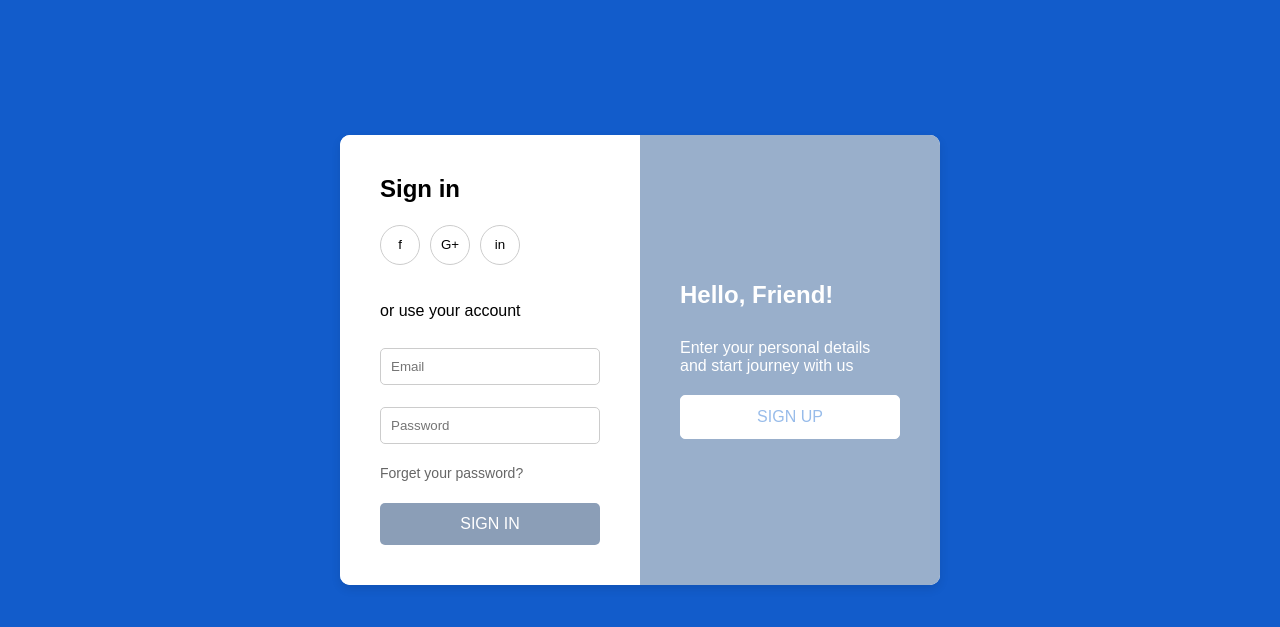
Repository: lavanya787/ml_system
Page: http://localhost/
The author's editor kept a copy of each file at every save. The page is drawn from the files as they stood at one save, then again after a run of saves.
The browser window is 1280 px wide. The pictures show the whole page.
The page is served by the project's application, run on Flask 3 (flask_app.py).

Above is the page before, as saved 2025-06-04 11:15:07.

After the next 5 saves:
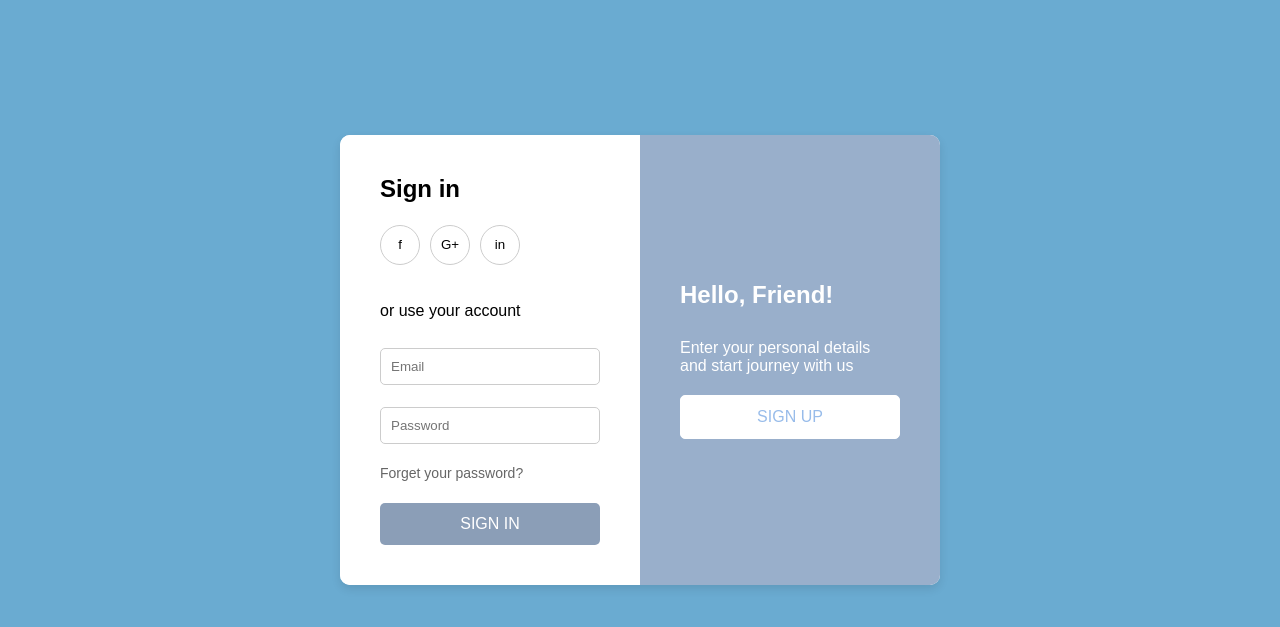
The 5 saves are shown as one change because they came seconds apart.
The last was saved 18 s later.
--- a/static/style.css
+++ b/static/style.css
@@ -5,7 +5,7 @@ body {
     align-items: center;
     height: 100vh;
     margin: 0;
-    background-color: #125ccb; /* Subtle gray */
+    background-color: #6aabd1; /* Subtle gray */
     position: relative;
 }
 
